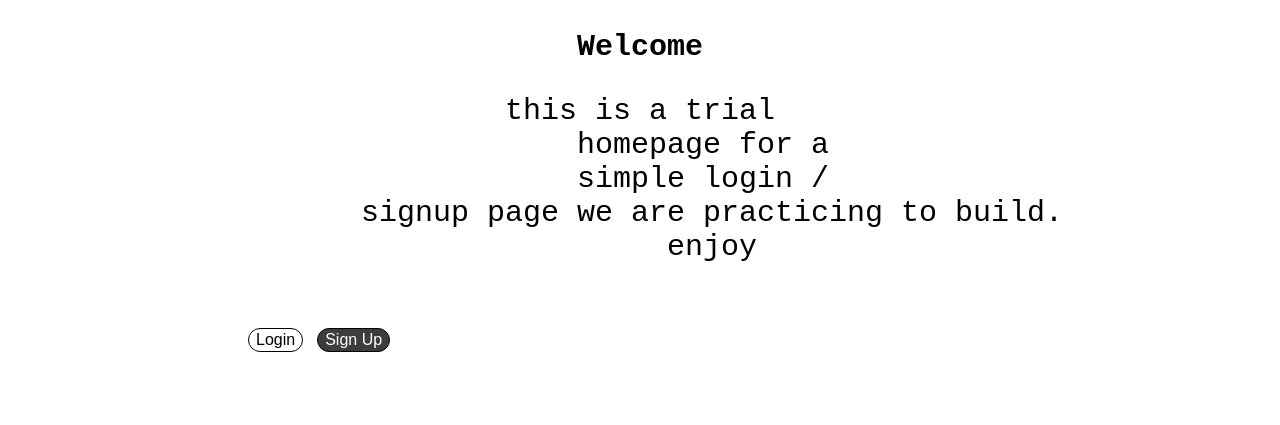
Repository: yhung004/TUTORIAL_PAGE
Page: home.html
The author's editor kept a copy of each file at every save. The page is drawn from the files as they stood at one save, then again after the next save.
The browser window is 1280 px wide. The pictures show the whole page.

Above is the page before, as saved 2024-04-10 00:09:31.

### home.html
<!DOCTYPE html>
<html lang="en">
<head>
    <meta charset="UTF-8">
    <meta name="viewport" content="width=device-width, initial-scale=1.0">
    <title>Document</title>
    <link rel="stylesheet" href="main.css">
</head>
<body>
    <h3 class="welcome">Welcome</h3>
    <pre class="welcome_text">this is a trial
        homepage for a
        simple login /
        signup page we are practicing to build.
        enjoy
    </pre>
    <button class="button_a">
        Login
    </button>
    <button class="button_b">
        Sign Up
    </button>
</body>
</html>

### main.css
.welcome{
    text-align: center;
    font-family: 'Courier New', Courier, monospace;
    font-size: 30px;
}
.welcome_text {
    text-align:center;
    font-family: 'Courier New', Courier, monospace;
    font-size: 30px;
}
.button_a {
    position: relative;
    margin: 0 -200px 0 240px;
    border: 1px solid black;
    background-color:white;
    border-radius: 20px;
    font-size: medium;
    padding: 2px 7px 2px 7px;
}
.button_b {
    position: relative;
    margin: 0 -250px 0 210px;
    border : 1px solid black;
    border-radius: 20px;
    background-color: rgb(63, 60, 60);
    color:white;
    font-size: medium;
    padding: 2px 7px 2px 7px;
}

After the next save:
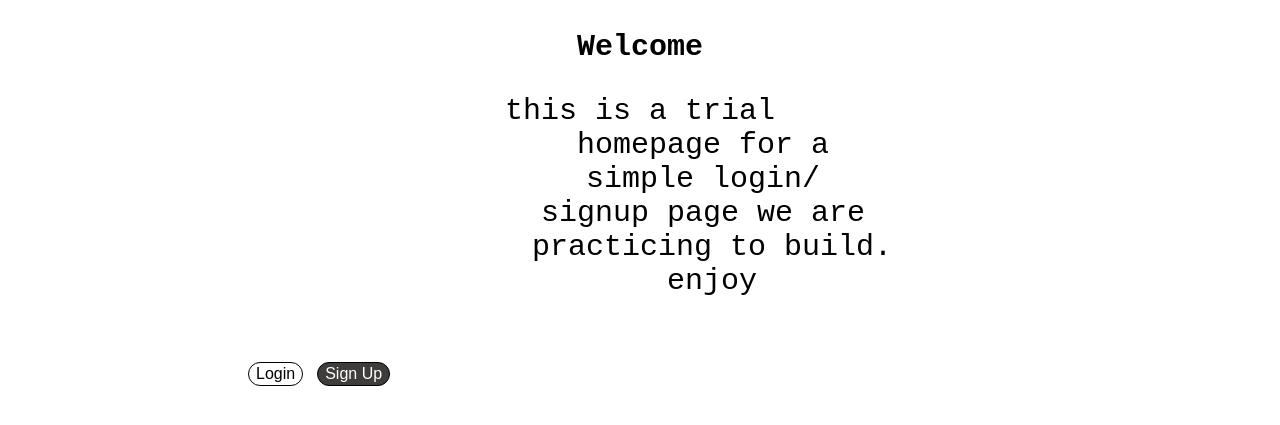
Saved 24 s later.
--- a/home.html
+++ b/home.html
@@ -10,8 +10,9 @@
     <h3 class="welcome">Welcome</h3>
     <pre class="welcome_text">this is a trial
         homepage for a
-        simple login /
-        signup page we are practicing to build.
+        simple login/
+        signup page we are
+        practicing to build.
         enjoy
     </pre>
     <button class="button_a">
